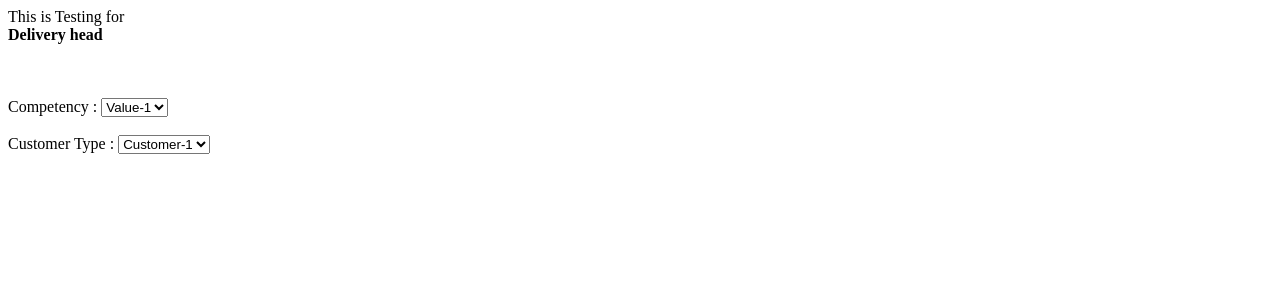
Repository: Perwaiz21/STS
Page: http://localhost/AWS_Web/
The author's editor kept a copy of each file at every save. The page is drawn from the files as they stood at one save, then again after the next save.
The browser window is 1280 px wide. The pictures show the whole page.
The page is served by Tomcat 9.

Above is the page before, as saved 2021-02-18 08:37:10.

### AWS_Web/WebContent/index.jsp
<%@ page language="java" contentType="text/html; charset=ISO-8859-1"
    pageEncoding="ISO-8859-1"%>
<!DOCTYPE html>
<html>
<head>
<meta charset="ISO-8859-1">
<title>Insert title here</title>
</head>
<body>
This is Testing for <br><b>Delivery head</b><br><br><br><br>
<label for="Competency">	Competency :</label>

<select name="cars" id="Competency">
  <option value="L1">Value-1</option>
  <option value="L2">Value-2</option>
  <option value="L3">Value-3</option>
  <option value="L4">Value-4</option>

</select>
<br><br>
<label for="Customer Type">Customer Type :</label>
<select name="Customer_Type" id="Customer_Type">
  <option value="Customer-1">Customer-1</option>
  <option value="Customer-2">Customer-2</option>
  <option value="Customer-3">Customer-3</option>
  <option value="Customer-4">Customer-4</option>
</select>

</body>
</html>

After the next save:
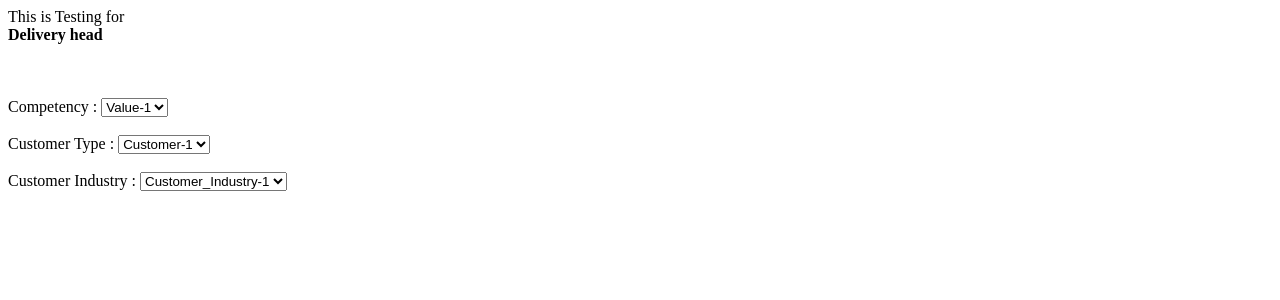
Saved 3 min 4 s later.
--- a/AWS_Web/WebContent/index.jsp
+++ b/AWS_Web/WebContent/index.jsp
@@ -26,5 +26,14 @@ This is Testing for <br><b>Delivery head</b><br><br><br><br>
   <option value="Customer-4">Customer-4</option>
 </select>
 
+<br><br>
+<label for="Customer Industry">Customer Industry :</label>
+<select name="Customer_Industry" id="Customer_Industry">
+  <option value="Customer_Industry-1">Customer_Industry-1</option>
+  <option value="Customer_Industry-2">Customer_Industry-2</option>
+  <option value="Customer_Industry-3">Customer_Industry-3</option>
+  <option value="Customer_Industry-4">Customer_Industry-4</option>
+</select>
+
 </body>
 </html>
